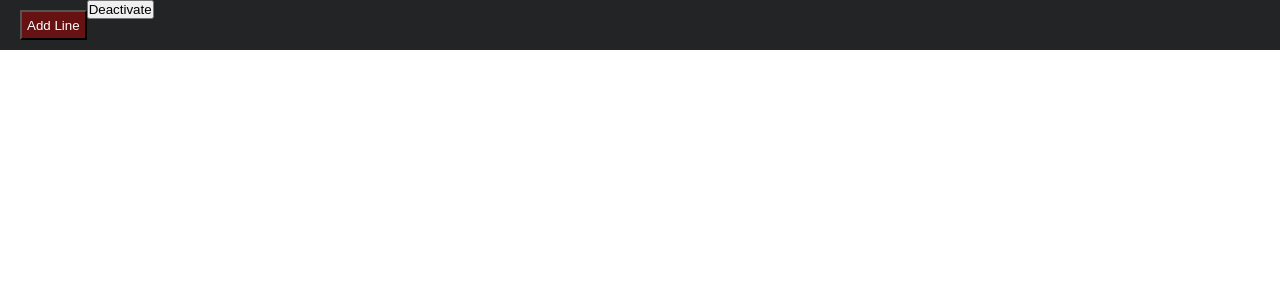
Repository: mykamla/MyJSproj
Page: fabric/index.html
An editor plug-in stored every save of this project. The page is shown before and after a run of saves, followed by the edit.
The browser window is 1280 px wide. The pictures show the whole page.

Above is the page before, as saved 2022-12-26 15:30:53.

### fabric/index.html
<!DOCTYPE html>
<html lang="en">
<head>
    <meta charset="UTF-8">
    <meta http-equiv="X-UA-Compatible" content="IE=edge">
    <meta name="viewport" content="width=device-width, initial-scale=1.0">
    <link rel="stylesheet" href="style.css">
    <script src="fabric.min.js"></script>
    <title>Fabric Tutorial</title>
</head>
<body>
    <canvas id="canvas"></canvas>
    <div id="toolbar">
        <button class="button" id="adding-line-btn">Add Line</button>
        <button class="button" id="deactivate-adding-shape">Deactivate</button>
    </div>
    <script src="main.js"></script>
</body>
</html>

### fabric/style.css
* {
    box-sizing: border-box;
    -moz-box-sizing: border-box;
    margin: 0;
    padding: 0;
    font-family: sans-serif;
}

#toolbar {
    position: absolute;
    top: 0;
    left: 0;
    background-color: rgb(35, 36, 37);
    color: white;
    width: 100%;
    height: 50px;
}



#adding-line-btn {
    float: left;
    margin-left: 20px;
    padding: 5px;
    height: 30px;
    margin-top: 10px;
    background-color: rgb(102, 18, 18);
    color: white;
}

#adding-line-btn:hover {
    background-color: rgb(221, 31, 31);
    cursor: pointer;
}

### fabric/main.js
let canvas = new fabric.Canvas('canvas', {
    width: window.innerWidth,
    height: window.innerHeight
})

let addingLineBtn = document.getElementById('adding-line-btn');

addingLineBtn.addEventListener('click', activateAddingLine);

function activateAddingLine() {
    canvas.on('mouse:down', startAddingLine);
    canvas.on('mouse:move', startDrawingLine);
    canvas.on('mouse:up', stopDrawingLine);

    canvas.selection = false;
}

let line;
let mouseDown = false;

function startAddingLine(o) {
    mouseDown = true;

    let pointer = canvas.getPointer(o.e);

    line = new fabric.Line([pointer.x, pointer.y, pointer.x, pointer.y], {
        stroke: 'red',
        strokeWidth: 3
    });
    canvas.add(line);
    canvas.requestRenderAll();
}

function startDrawingLine(o) {
    if(mouseDown === true){
        let pointer = canvas.getPointer(o.e);
        line.set({
            x2: pointer.x,
            y2: pointer.y
        });
        canvas.requestRenderAll();
    }

}

function stopDrawingLine() {
    mouseDown = false;

}

Loaded but not shown: fabric/fabric.min.js (library)

After the next 5 saves:
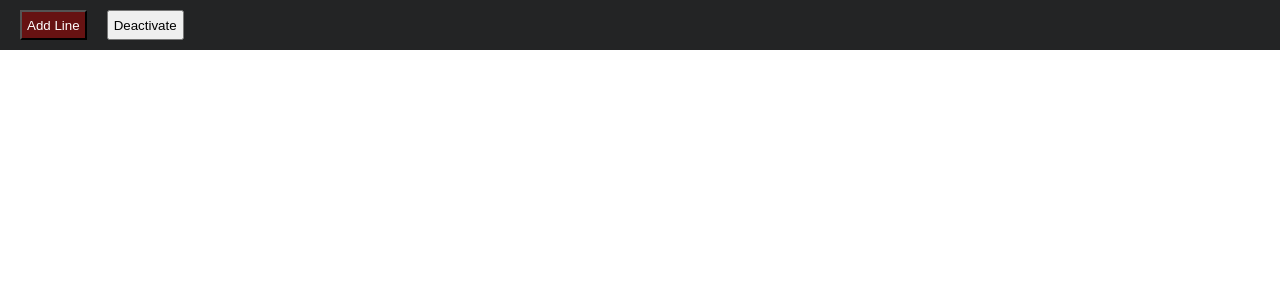
The 5 saves are shown as one change because they came seconds apart.
The last was saved 42 s later.
--- a/fabric/style.css
+++ b/fabric/style.css
@@ -17,13 +17,16 @@
 }
 
 
-
-#adding-line-btn {
+.button {
     float: left;
     margin-left: 20px;
     padding: 5px;
     height: 30px;
     margin-top: 10px;
+
+}
+
+#adding-line-btn {
     background-color: rgb(102, 18, 18);
     color: white;
 }
